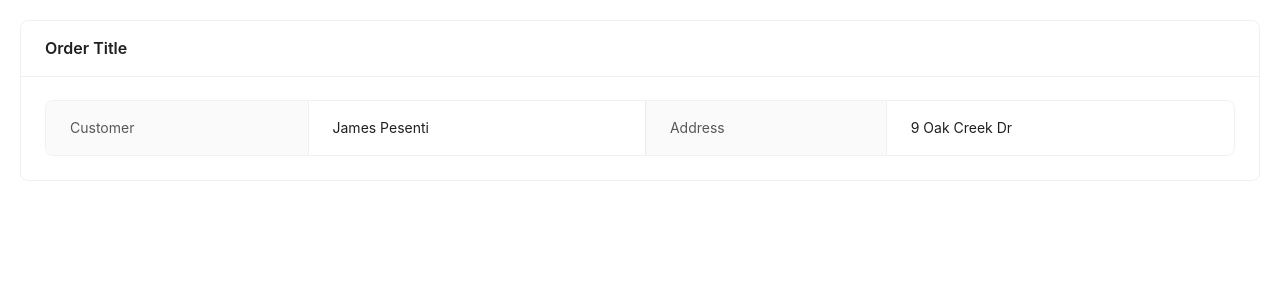
Repository: JamesPesenti/UberEatsDashboard
Page: /
These files come from the project's save history. The page is drawn as it stood at one moment and after the next save; the edit follows.
The browser window is 1280 px wide. The pictures show the whole page.
The project was rebuilt for these pictures with package versions that can differ from the ones it lists, and the page was loaded fresh each time.

Above is the page before, as saved 2023-02-24 15:38:22.

### src/index.js
import React from 'react';
import ReactDOM from 'react-dom/client';
import './index.css';
import App from './App';
// import "antd/dist/antd.css"


const root = ReactDOM.createRoot(document.getElementById('root'));
root.render(
  <React.StrictMode>
    <App />
  </React.StrictMode>
);

### src/App.js
import { Card, Descriptions, Divider, List, Button } from "antd"
import dishes from "../src/data/dishes.json"


function App() {
  return (
    <>
      <Card title={'Order Title'} style={{margin:20}}>
        <Descriptions bordered column={{lg: 1, md: 1, sm: 1}}>
          <Descriptions.Item label="Customer">James Pesenti</Descriptions.Item>
          <Descriptions.Item label="Address">9 Oak Creek Dr</Descriptions.Item>
        </Descriptions>
      </Card>
    </>
  );
}

export default App;

Loaded but not shown: public/index.html (common file); src/index.css (common file); src/data/dishes.json (common file)

After the next save:
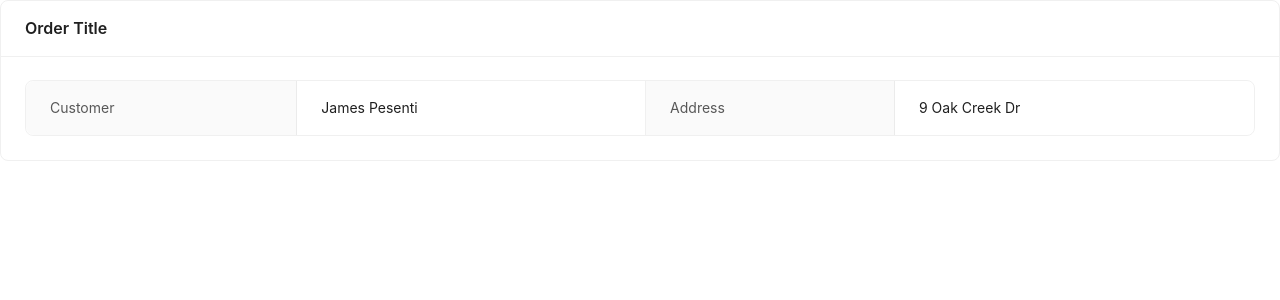
Saved 14 s later.
--- a/src/App.js
+++ b/src/App.js
@@ -5,7 +5,7 @@
 function App() {
   return (
     <>
-      <Card title={'Order Title'} style={{margin:20}}>
+      <Card title={'Order Title'} style={{margin:0}}>
         <Descriptions bordered column={{lg: 1, md: 1, sm: 1}}>
           <Descriptions.Item label="Customer">James Pesenti</Descriptions.Item>
           <Descriptions.Item label="Address">9 Oak Creek Dr</Descriptions.Item>

After the save that followed:
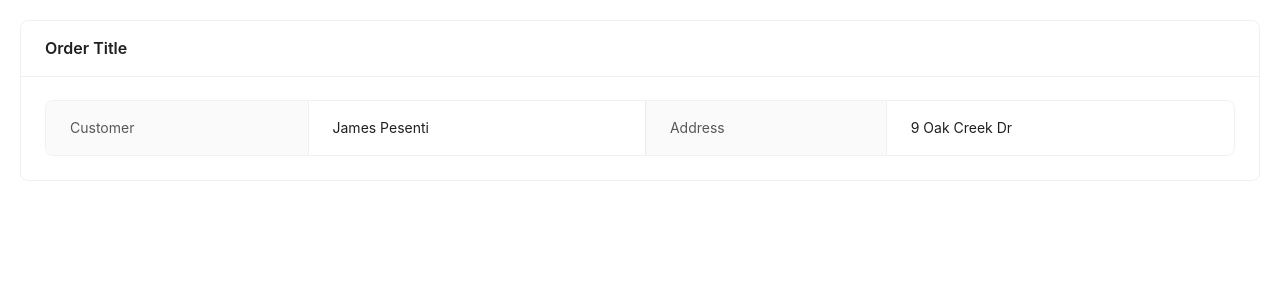
Saved 9 s later.
--- a/src/App.js
+++ b/src/App.js
@@ -5,7 +5,7 @@
 function App() {
   return (
     <>
-      <Card title={'Order Title'} style={{margin:0}}>
+      <Card title={'Order Title'} style={{ margin: 20 }}>
         <Descriptions bordered column={{lg: 1, md: 1, sm: 1}}>
           <Descriptions.Item label="Customer">James Pesenti</Descriptions.Item>
           <Descriptions.Item label="Address">9 Oak Creek Dr</Descriptions.Item>
